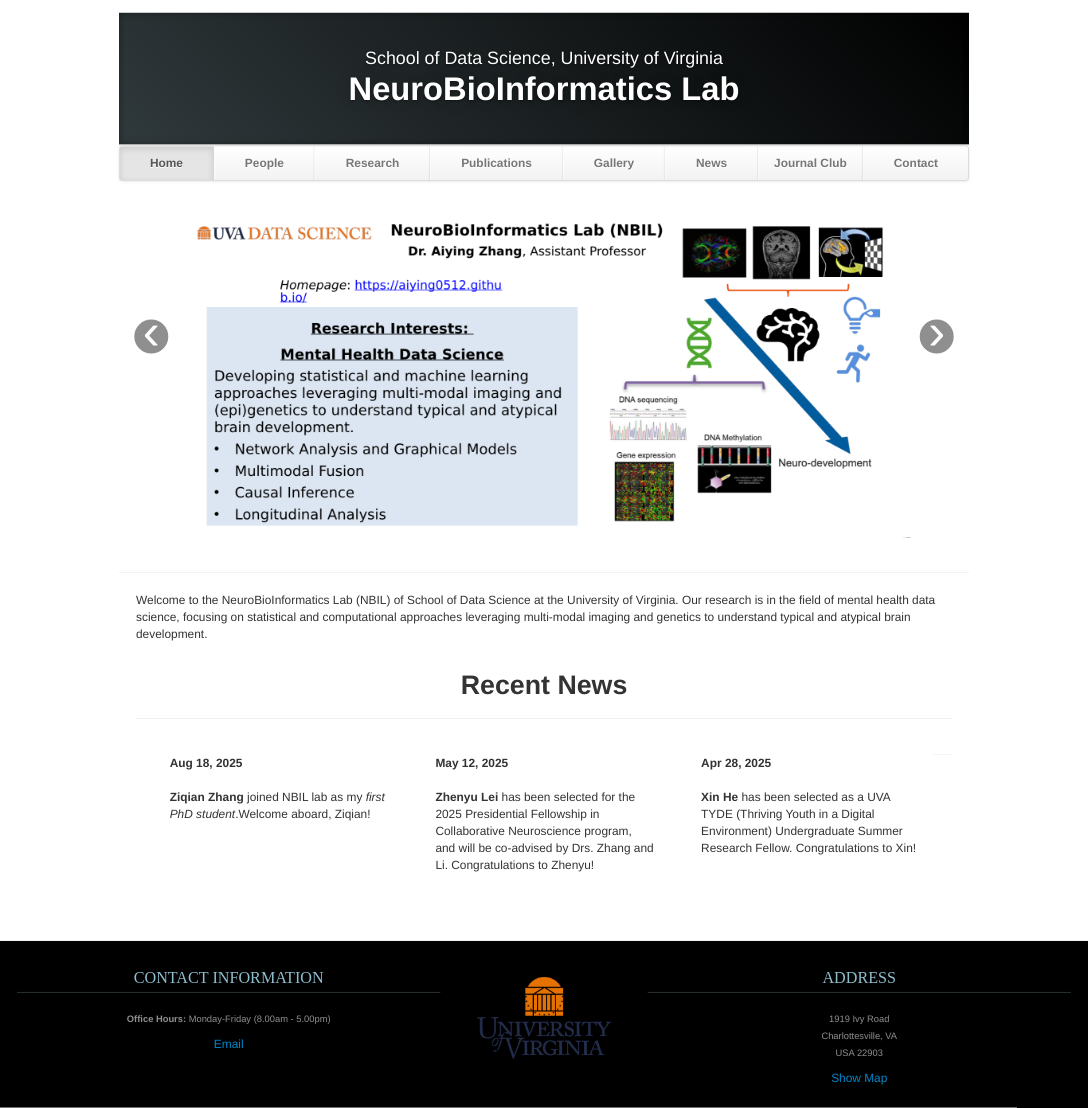
Repository: nbillab/nbillab.io
Page: index.html
These files come from the project's save history. The page is drawn as it stood at one moment and after the next save; the edit follows.
The browser window is 1280 px wide. The pictures show the whole page, at 85% of full size.

Above is the page before, as saved 2025-09-01 12:48:02.

After the next save:
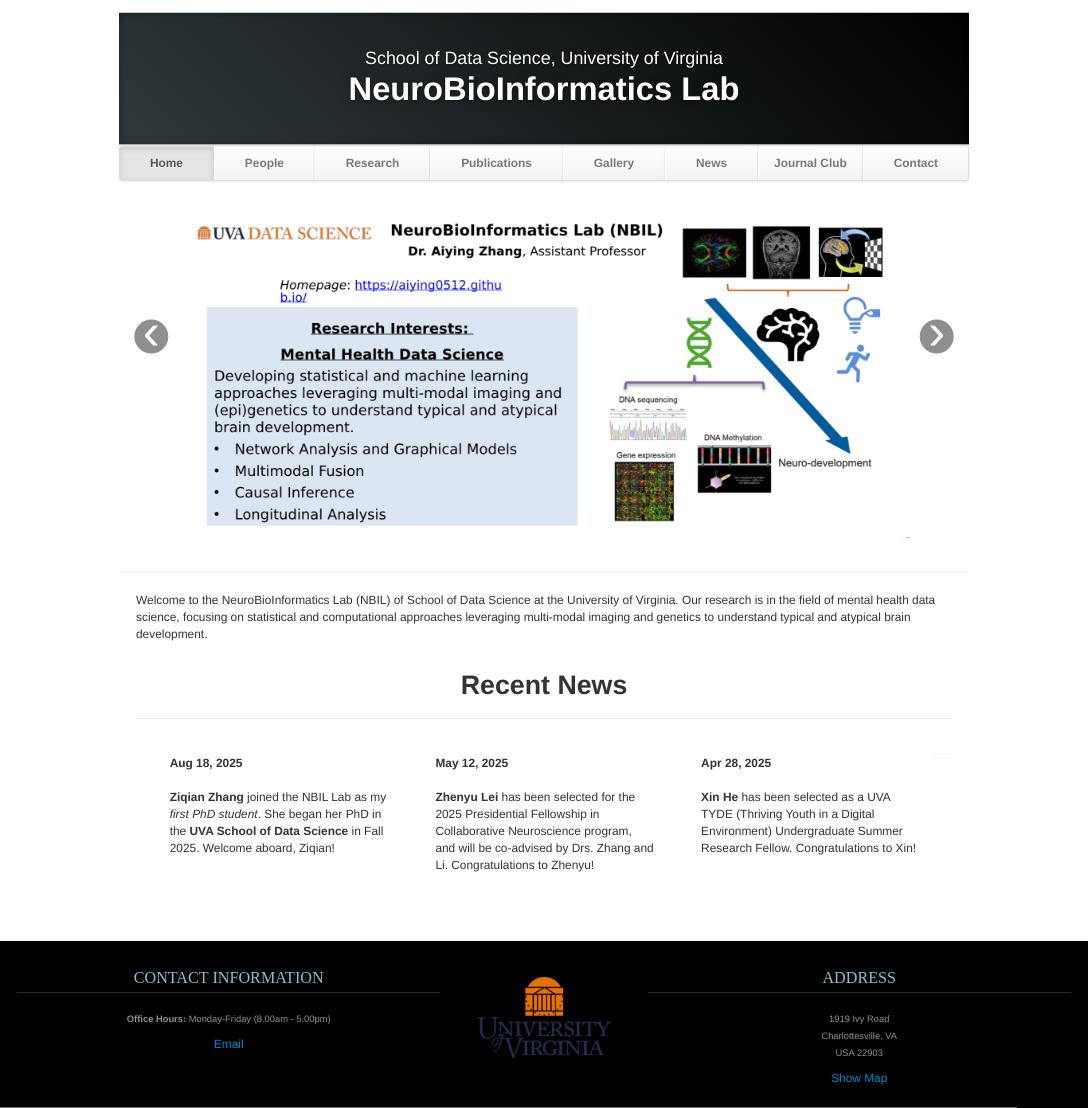
Saved 74 s later.
--- a/index.html
+++ b/index.html
@@ -69,7 +69,7 @@
                </div>
                <div class="span4 feature-item">
                   <h5><span class="date">Aug 18, 2025</span></h5>
-                  <p><strong>Ziqian Zhang</strong> joined NBIL lab as my <em>first PhD student</em>.Welcome aboard, Ziqian! </p>
+                  <p><strong>Ziqian Zhang</strong> joined the NBIL Lab as my <em>first PhD student</em>. She began her PhD in the <strong>UVA School of Data Science</strong> in Fall 2025. Welcome aboard, Ziqian!</p>
                   <br/>
                </div>
                <div class="span4 feature-item">
